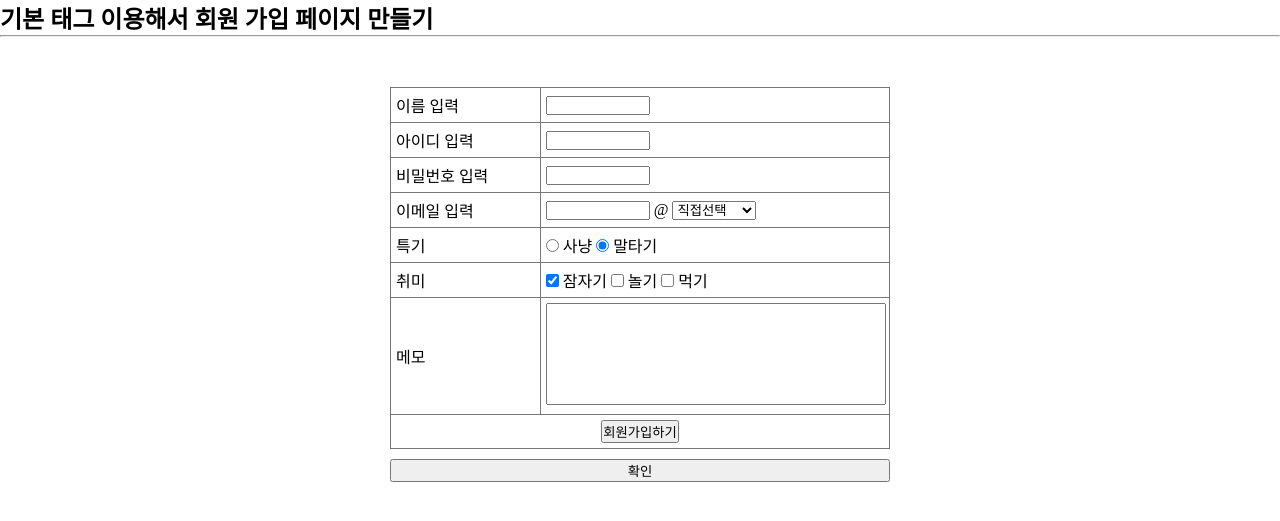
Repository: hyunh84/jsp_study
Page: http://localhost/Day03/j01_mem01.jsp
These files come from the project's save history. The page is drawn as it stood at one moment and after the next save; the edit follows.
The browser window is 1280 px wide. The pictures show the whole page.
The page is served by Tomcat 9.

Above is the page before, as saved 2015-09-12 01:01:50.

After the next save:
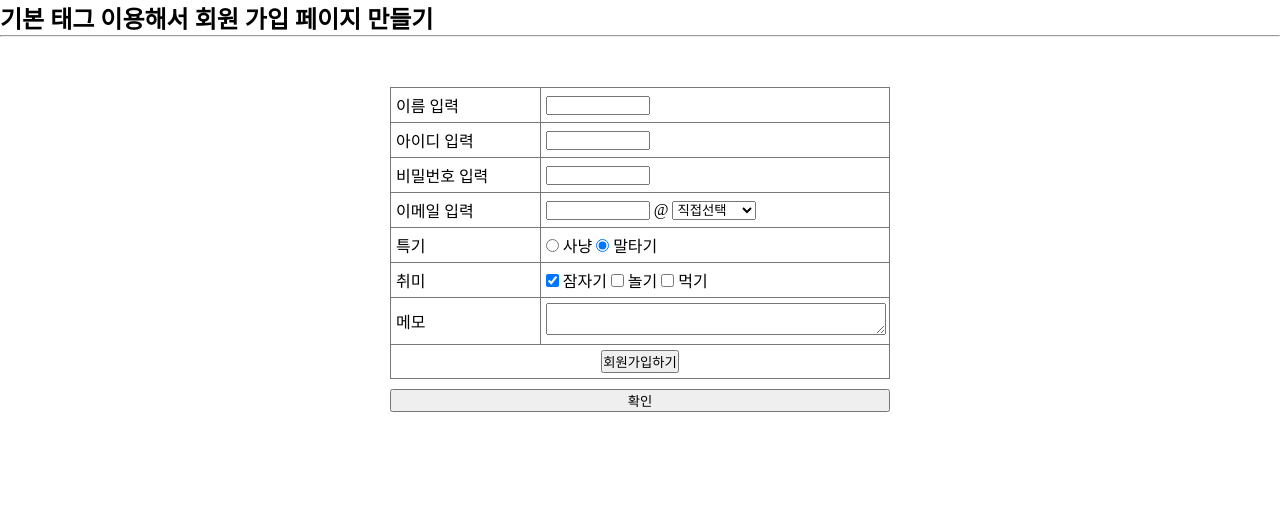
Saved 28 s later.
--- a/MyWorks/Day03/WebContent/j01_mem01.jsp
+++ b/MyWorks/Day03/WebContent/j01_mem01.jsp
@@ -77,7 +77,7 @@
 								- 줄바꿈 명령이 \n로 설정되어 있음
 								- 화면에 줄바꿈을 표현하려면 \n를 <br />로 변환해야 한다.
 							 --%>
-							<textarea name="memo" style=" width:100%; height:100px;resize:none;"></textarea>
+							<textarea name="memo" style=" width:100%; row="5" col="5" height:100px;resize:none;"></textarea>
 						</td>
 					</tr>
 					<tr>

After the save that followed:
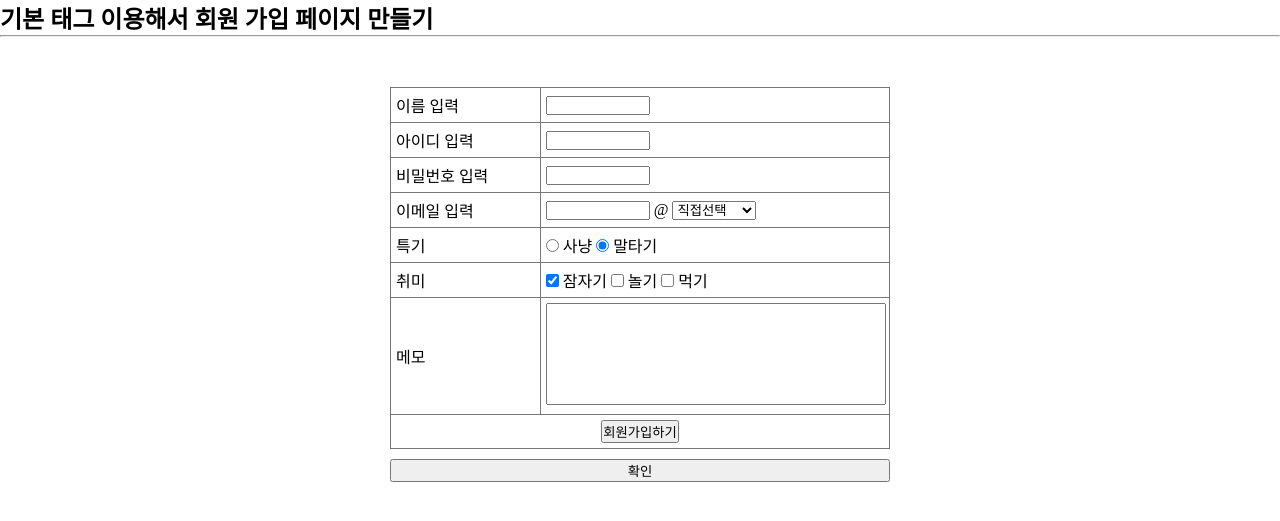
Saved 15 s later.
--- a/MyWorks/Day03/WebContent/j01_mem01.jsp
+++ b/MyWorks/Day03/WebContent/j01_mem01.jsp
@@ -77,7 +77,7 @@
 								- 줄바꿈 명령이 \n로 설정되어 있음
 								- 화면에 줄바꿈을 표현하려면 \n를 <br />로 변환해야 한다.
 							 --%>
-							<textarea name="memo" style=" width:100%; row="5" col="5" height:100px;resize:none;"></textarea>
+							<textarea name="memo" row="5" col="5"  style=" width:100%; height:100px;resize:none;"></textarea>
 						</td>
 					</tr>
 					<tr>
